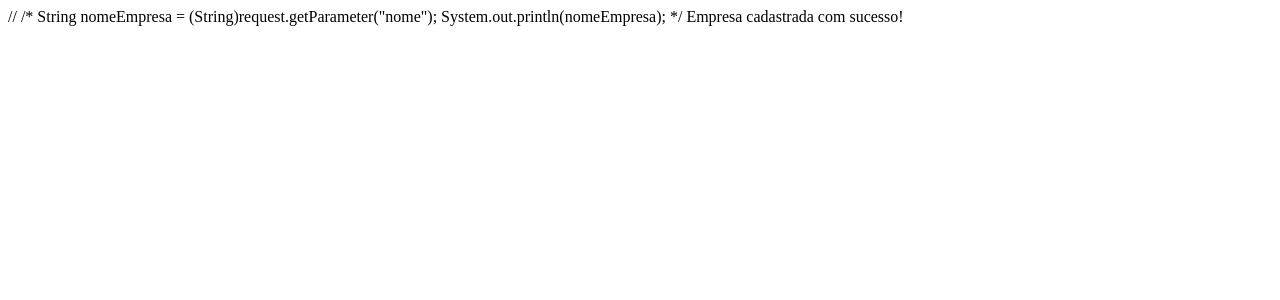
Repository: robsondmf1234/JAVA-EE
Page: http://localhost/gerenciador/novaEmpresa
The author's editor kept a copy of each file at every save. The page is drawn from the files as they stood at one save, then again after the next save.
The browser window is 1280 px wide. The pictures show the whole page.
The page is served by Tomcat 9. Other server files are loaded and not shown.

Above is the page before, as saved 2019-06-11 23:26:13.

### gerenciador/WebContent/novaEmpresaCriada.jsp
<!-- JSP Para mostrar o nome da empresa -->

//
/*  String nomeEmpresa = (String)request.getParameter("nome");
  	System.out.println(nomeEmpresa); */


<html><body>
Empresa ${empresa} cadastrada com sucesso!
</body></html>

### gerenciador/src/br/com/gerenciador/servlet/NovaEmpresaServlet.java
package br.com.gerenciador.servlet;

import java.io.IOException;

import javax.servlet.RequestDispatcher;
import javax.servlet.ServletException;
import javax.servlet.annotation.WebServlet;
import javax.servlet.http.HttpServlet;
import javax.servlet.http.HttpServletRequest;
import javax.servlet.http.HttpServletResponse;

/**
 * Servlet implementation class NovaEmpresaServlet
 */
@WebServlet("/novaEmpresa")
public class NovaEmpresaServlet extends HttpServlet {
	private static final long serialVersionUID = 1L;

	/**
	 * @see HttpServlet#service(HttpServletRequest request, HttpServletResponse
	 *      response)
	 */
	protected void service(HttpServletRequest request, HttpServletResponse response)
			throws ServletException, IOException {
		//PrintWriter out = response.getWriter();
		System.out.println("Cadastrando nova empresa");

		String nomeEmpresa = request.getParameter("nome");
		Empresa empresa = new Empresa();
		empresa.setNome(nomeEmpresa);

		Banco banco = new Banco();
		banco.adiciona(empresa);

		// Chamando o JSP
		RequestDispatcher rd = request.getRequestDispatcher("/novaEmpresaCriada.jsp");
	    request.setAttribute("empresa", empresa.getNome());
		rd.forward(request, response);

		// out.println("<html><body> Empresa " + nomeEmpresa + " cadastrada com sucesso!
		// </body></html>");
	}

}

### gerenciador/src/br/com/gerenciador/servlet/Empresa.java
package br.com.gerenciador.servlet;

public class Empresa {

	private int id;
	private String nome;

	public int getId() {
		return id;
	}

	public void setId(int id) {
		this.id = id;
	}

	public String getNome() {
		return nome;
	}

	public void setNome(String nome) {
		this.nome = nome;
	}

}

### gerenciador/src/br/com/gerenciador/servlet/Banco.java
package br.com.gerenciador.servlet;

import java.util.ArrayList;
import java.util.List;

public class Banco {

	private static List<Empresa> lista = new ArrayList<Empresa>();

	static {
		Empresa empresa = new Empresa();
		empresa.setNome("Google");
		lista.add(empresa);

		Empresa empresa2 = new Empresa();
		empresa2.setNome("Microsoft");
		lista.add(empresa2);
	}

	public void adiciona(Empresa empresa) {
		Banco.lista.add(empresa);
	}

	public List<Empresa> getEmpresas() {
		return Banco.lista;
	}
}

After the next save:
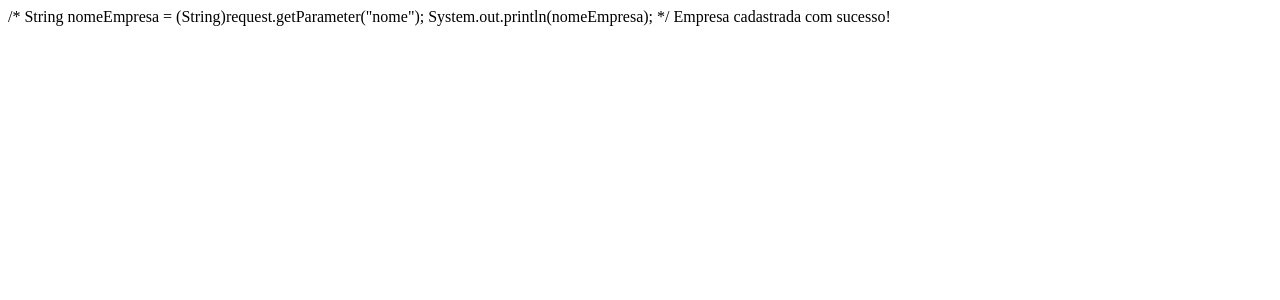
Saved 101 s later.
--- a/gerenciador/WebContent/novaEmpresaCriada.jsp
+++ b/gerenciador/WebContent/novaEmpresaCriada.jsp
@@ -1,6 +1,5 @@
 <!-- JSP Para mostrar o nome da empresa -->
 
-//
 /*  String nomeEmpresa = (String)request.getParameter("nome");
   	System.out.println(nomeEmpresa); */
 
